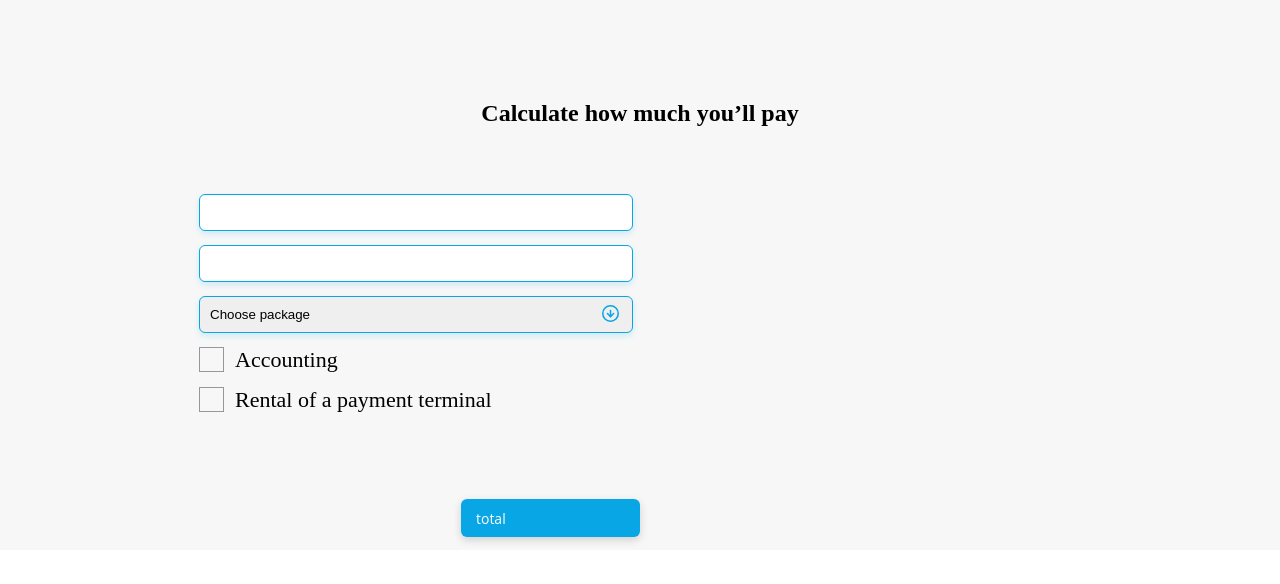
Repository: VolodymyrDubnytskyi/BestShop_project
Page: inedx2.html
An editor plug-in stored every save of this project. The page is shown before and after the next save, followed by the edit.
The browser window is 1280 px wide. The pictures show the whole page.

Above is the page before, as saved 2020-01-04 00:46:12.

After the next save:
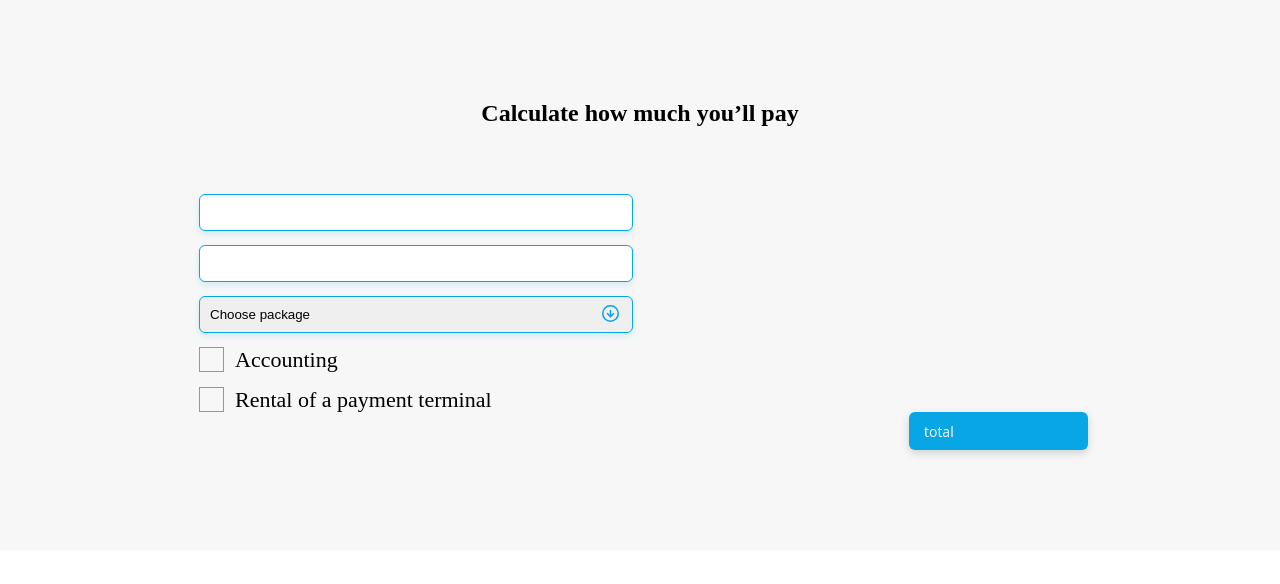
Saved 119 s later.
--- a/inedx2.html
+++ b/inedx2.html
@@ -40,8 +40,6 @@
                         Rental of a payment terminal
                     </label>
 
-                    <button id="submit" class="btn-submit"> <span class="spant-total-btn">total</span><span
-                            class="for-new-el"></span></button>
 
                 </div>
             </form>
@@ -69,6 +67,9 @@
                     <span class="terminal"></span>
                     <span class="terminalSum"></span>
                 </div>
+
+                <button id="submit" class="btn-submit"> <span class="spant-total-btn">total</span><span
+                    class="for-new-el"></span></button>
             </div>
 
         </section>
